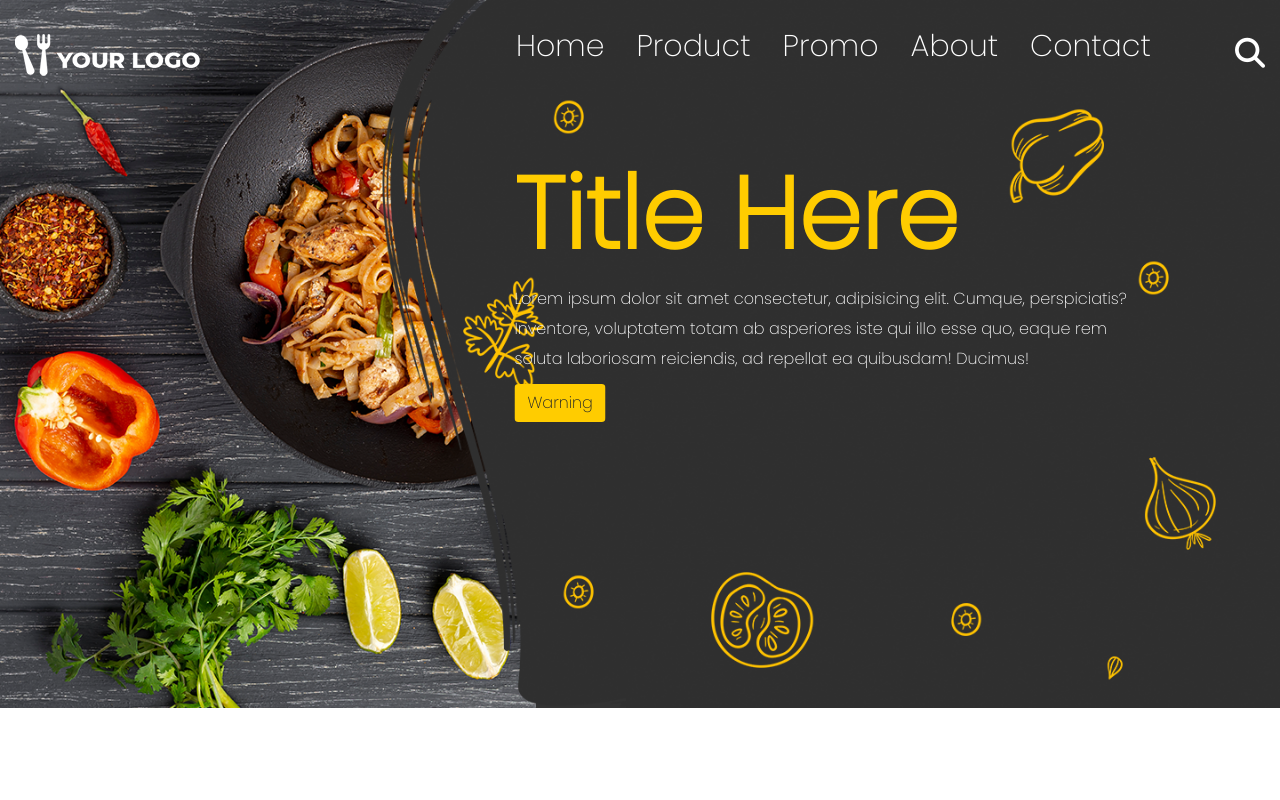
Repository: iphoneboy46/templateRestaurent
Page: index.html
An editor plug-in stored every save of this project. The page is shown before and after the next save, followed by the edit.
The browser window is 1280 px wide. The pictures show the whole page.

Above is the page before, as saved 2022-10-12 14:57:20.

### index.html
<!DOCTYPE html>
<html lang="en">

<head>
    <meta charset="UTF-8">
    <meta http-equiv="X-UA-Compatible" content="IE=edge">
    <meta name="viewport" content="width=device-width, initial-scale=1.0">
    <link rel="stylesheet" href="https://cdn.jsdelivr.net/npm/bootstrap@4.3.1/dist/css/bootstrap.min.css"
        integrity="sha384-ggOyR0iXCbMQv3Xipma34MD+dH/1fQ784/j6cY/iJTQUOhcWr7x9JvoRxT2MZw1T" crossorigin="anonymous">
    <script src="https://code.jquery.com/jquery-3.3.1.slim.min.js"
        integrity="sha384-q8i/X+965DzO0rT7abK41JStQIAqVgRVzpbzo5smXKp4YfRvH+8abtTE1Pi6jizo"
        crossorigin="anonymous"></script>
    <script src="https://cdn.jsdelivr.net/npm/popper.js@1.14.7/dist/umd/popper.min.js"
        integrity="sha384-UO2eT0CpHqdSJQ6hJty5KVphtPhzWj9WO1clHTMGa3JDZwrnQq4sF86dIHNDz0W1"
        crossorigin="anonymous"></script>
    <script src="https://cdn.jsdelivr.net/npm/bootstrap@4.3.1/dist/js/bootstrap.min.js"
        integrity="sha384-JjSmVgyd0p3pXB1rRibZUAYoIIy6OrQ6VrjIEaFf/nJGzIxFDsf4x0xIM+B07jRM"
        crossorigin="anonymous"></script>
    <link rel="stylesheet" href="https://cdnjs.cloudflare.com/ajax/libs/font-awesome/6.2.0/css/all.min.css"
        integrity="sha512-xh6O/CkQoPOWDdYTDqeRdPCVd1SpvCA9XXcUnZS2FmJNp1coAFzvtCN9BmamE+4aHK8yyUHUSCcJHgXloTyT2A=="
        crossorigin="anonymous" referrerpolicy="no-referrer" />
    <link rel="stylesheet" href="style.css">
    <title>Document</title>
</head>

<body>
    <header class="header container-fluid">
        <nav class="menu__list pt-3">
           <div class="logo">
                <a class="navbar-brand">
                    <img src="images/logo.png" alt="">
                </a>
           </div>
            <ul class="menu__items">
                <li class="nav-item">
                    <a class="nav-link text-white" href="#">Home</a>
                </li>
                <li class="nav-item">
                    <a class="nav-link text-white" href="#">Product</a>
                </li>
                <li class="nav-item">
                    <a class="nav-link text-white" href="#">Promo</a>
                </li>
                <li class="nav-item">
                    <a class="nav-link text-white" href="#">About</a>
                </li>
                <li class="nav-item">
                    <a class="nav-link text-white" href="#">Contact</a>
                </li>
            </ul>
            <div class="item--search">
                <i class="fa-solid fa-magnifying-glass"></i>
            </div>
        </nav>
        <div class="header__content">
            <h1>Title Here</h1>
            <p>Lorem ipsum dolor sit amet consectetur, adipisicing elit. Cumque, perspiciatis? Inventore, voluptatem totam ab asperiores iste qui illo esse quo, eaque rem soluta laboriosam reiciendis, ad repellat ea quibusdam! Ducimus!</p>
            <button type="button" class="btn">Warning</button>
        </div>
    </header>
</body>

</html>

### style.css
@import url('https://fonts.googleapis.com/css2?family=Poppins:wght@200&display=swap');
* {
    padding: 0;
    margin: 0;
    box-sizing: border-box;
    font-family: 'Poppins', sans-serif;
    text-decoration: none;
    list-style: none;
}

.logo{
    width: 30%;
}

.header{
    background-image: url(images/header.png);
    width: 100%;
    height:800px;
    background-size: 100%;
    background-repeat: no-repeat;
    object-fit: cover;
}

.menu__list{
    display: flex;
    justify-content: space-between;
    align-items: center;
}

.menu__items{
    display: flex;
    justify-content: space-between;
    align-items: center;
    width: 50%;
}

.menu__items li a{
    font-size: 30px;
}


.item--search i{
    color: white;
    font-size: 30px;
}

.header__content{
    width: 635px;
    position: absolute;
    top: 40%;
    left: 65%;
    transform: translate(-50%,-50%)
}



.header__content h1{
    color: #ffcc00;
    font-size: 100px;
    font-weight: bold;
}

.header__content p{
    color:white;
    line-height:30px;
    margin-top: 10px;
    margin-bottom: 10px;
}

.header__content .btn{
    background-color: #ffcc00;
}

After the next save:
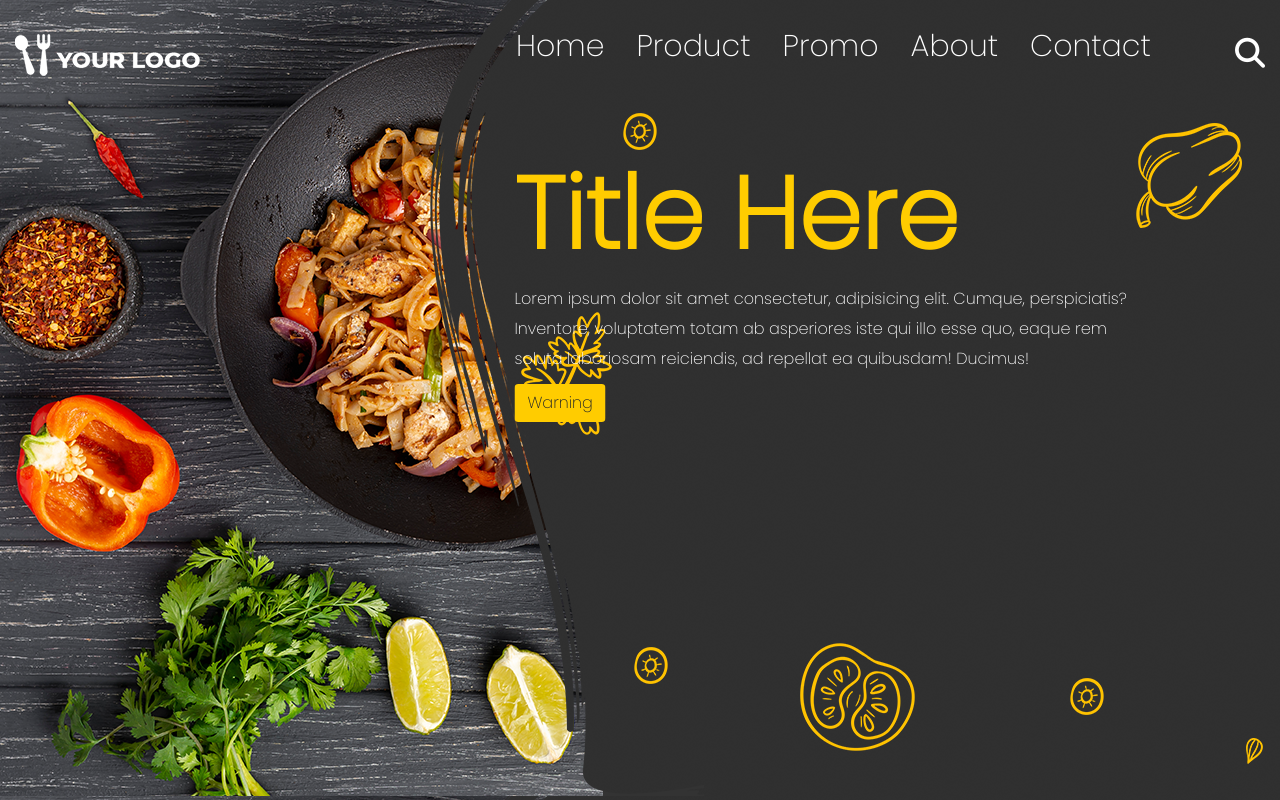
Saved 5 s later.
--- a/style.css
+++ b/style.css
@@ -16,8 +16,7 @@
     background-image: url(images/header.png);
     width: 100%;
     height:800px;
-    background-size: 100%;
-    background-repeat: no-repeat;
+
     object-fit: cover;
 }
 
